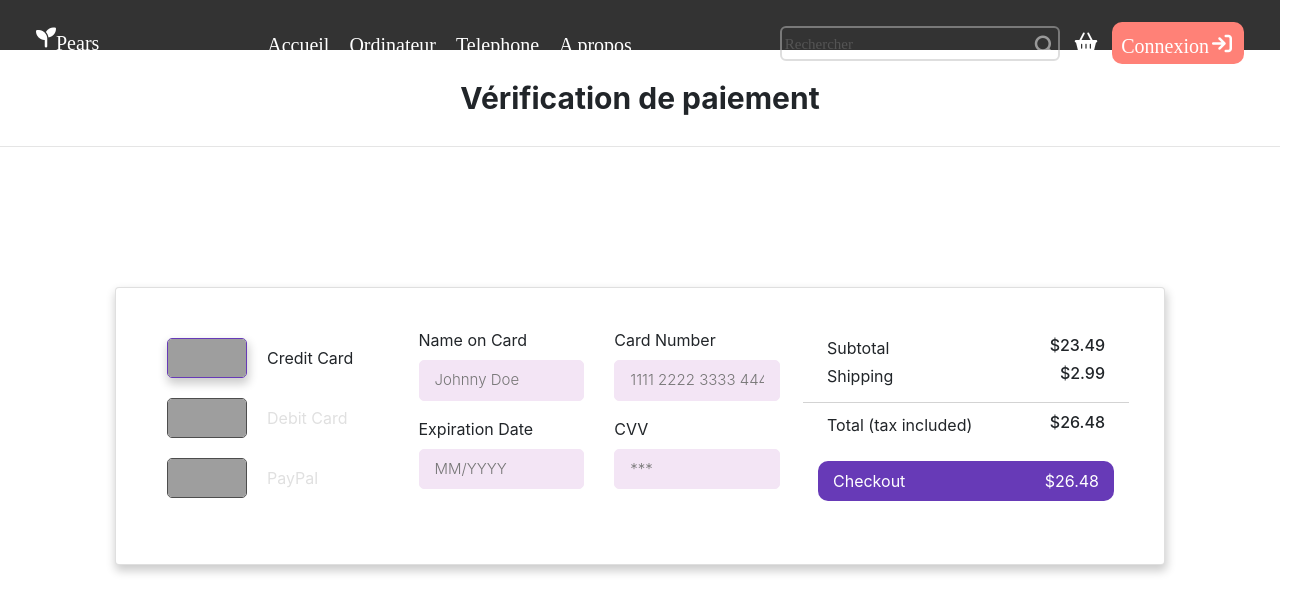
Repository: Kakouuu/PPE1-iPear
Page: http://localhost/Stage/verifpaiement.php
An editor plug-in stored every save of this project. The page is shown before and after the next save, followed by the edit.
The browser window is 1280 px wide. The page is 1280 px wide, then 1295 px, then 1280 px, so the pictures cover 1295 px, including what lies to the right of the window. The pictures show the whole page.
Pictures or frames that could not be fetched are drawn as grey boxes. Some web libraries are served in a nearby version. The page is run by PHP 8.4 with error messages shown; the project is at /var/www/html/.

Above is the page before, as saved 2023-04-28 16:14:03.

After the next save:
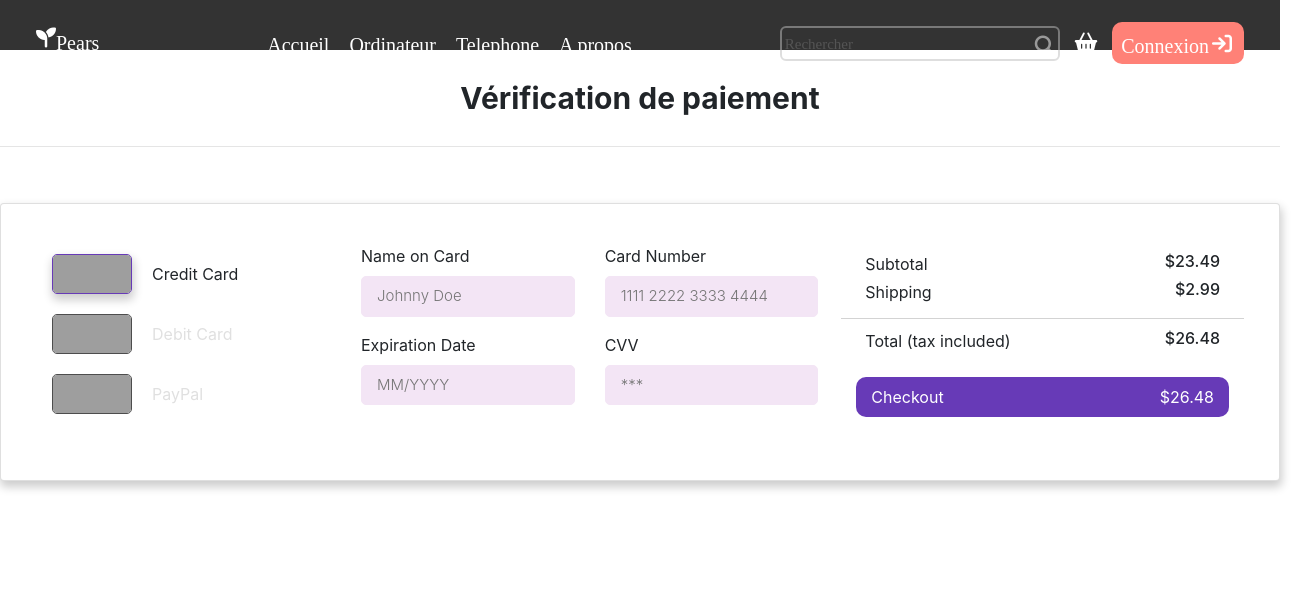
Saved 6 s later.
--- a/verifpaiement.php
+++ b/verifpaiement.php
@@ -25,7 +25,7 @@
     <h3 class="title">Vérification de paiement</h3>
     <hr>
 
-    <div class="row justify-content-center" style="margin:100px">
+    <div class="row justify-content-center">
         <div class="col-lg-12">
             <div class="card">
                 <div class="row">

After the save that followed:
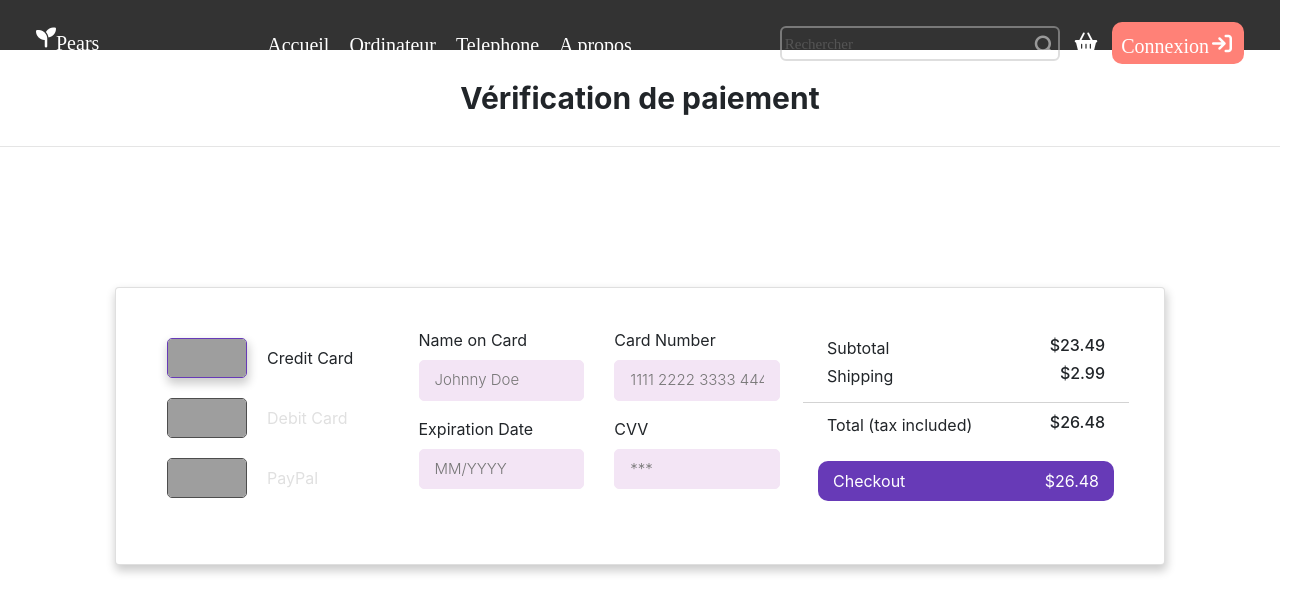
Saved 7 s later.
--- a/verifpaiement.php
+++ b/verifpaiement.php
@@ -25,7 +25,7 @@
     <h3 class="title">Vérification de paiement</h3>
     <hr>
 
-    <div class="row justify-content-center">
+    <div class="row justify-content-center" style="margin:100px">
         <div class="col-lg-12">
             <div class="card">
                 <div class="row">
